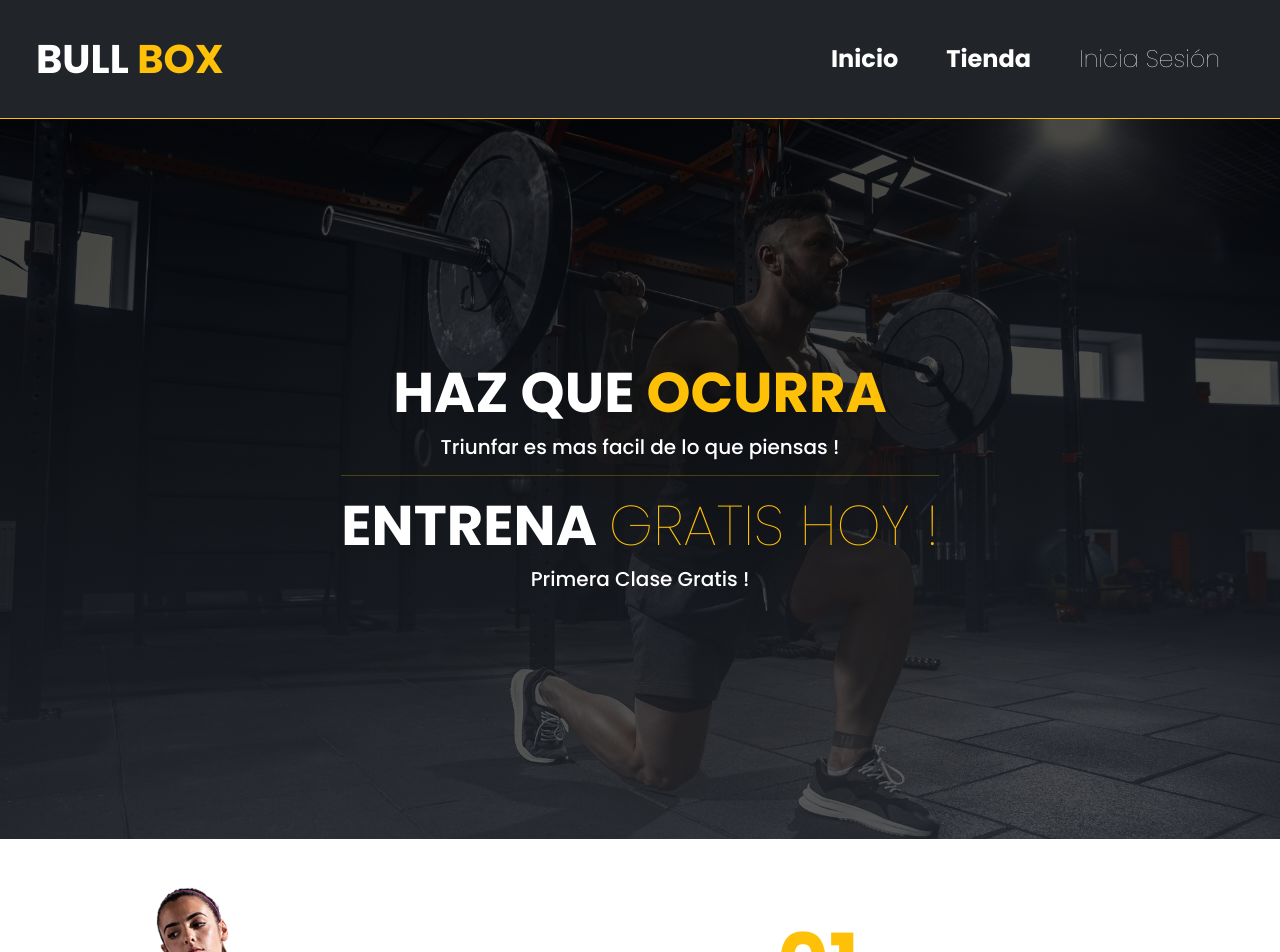
Repository: enjeru13/BullBox
Page: / (app in BullBox/)
An editor plug-in stored every save of this project. The page is shown before and after the next save, followed by the edit.
The browser window is 1280 px wide. The pictures show the part of the page from y = 0 to 952 px (the page is 4177 px tall).
The project was rebuilt for these pictures with package versions that can differ from the ones it lists, and the page was loaded fresh each time. Also part of the build but not shown: BullBox/vite.config.js, BullBox/src/pages/Registro.jsx, BullBox/src/pages/Login.jsx, BullBox/src/pages/Perfil.jsx, BullBox/src/pages/Tienda.jsx, BullBox/ProtectedRoute.jsx.

Above is the page before, as saved 2024-10-28 12:23:43.

### BullBox/index.html
<!doctype html>
<html lang="en">
  <head>
    <meta charset="UTF-8" />
    <link rel="icon" type="image/svg+xml" href="/vite.svg" />
    <link rel="preconnect" href="https://fonts.googleapis.com">
<link rel="preconnect" href="https://fonts.gstatic.com" crossorigin>
<link href="https://fonts.googleapis.com/css2?family=Poppins:ital,wght@0,100;0,200;0,300;0,400;0,500;0,600;0,700;0,800;0,900;1,100;1,200;1,300;1,400;1,500;1,600;1,700;1,800;1,900&family=Raleway:ital,wght@0,100;0,200;0,300;0,400;0,500;0,600;0,700;0,800;0,900;1,100;1,200;1,300;1,400;1,500;1,600;1,700;1,800;1,900&display=swap" rel="stylesheet">
    <meta name="viewport" content="width=device-width, initial-scale=1.0" />
    <title>Bull Box</title>
  </head>
  <body>
    <div id="root"></div>
    <script type="module" src="/src/main.jsx"></script>
    <script
    src="https://cdn.jsdelivr.net/npm/bootstrap@5.0.2/dist/js/bootstrap.bundle.min.js"
    integrity="sha384-MrcW6ZMFYlzcLA8Nl+NtUVF0sA7MsXsP1UyJoMp4YLEuNSfAP+JcXn/tWtIaxVXM"
    crossorigin="anonymous"
  ></script>
</html>

### BullBox/src/App.jsx
import { BrowserRouter, Routes, Route } from 'react-router-dom'
import { AuthProvider } from './context/AuthContext'
import Header from './components/Header'
import Inicio from './pages/Inicio'
import Registro from './pages/Registro'
import Login from './pages/Login'
import Perfil from './pages/Perfil'
import Tienda from './pages/Tienda'
import ProtectedRoute from '../ProtectedRoute'
import Footer from './components/Footer'

function App() {
  return (
    <AuthProvider>
      <BrowserRouter>
        <Header/>
        <Routes>
          <Route path='/' element={<Inicio />} />

          <Route path='/register' element={<Registro />} />

          <Route path='/login' element={<Login />} />

          <Route path='/tienda' element={<Tienda />} />

          <Route element={<ProtectedRoute/>}>
            <Route path='/profile' element={<Perfil />} />
          </Route>

        </Routes>
        <Footer/>
      </BrowserRouter>
    </AuthProvider>
  )
}

export default App

### BullBox/src/index.css
* {
 margin: 0;
 padding: 0;
 font-family: "Poppins", serif;
 font-optical-sizing: auto;
 font-weight: 100;
 font-style: normal;
}

/* Inicio */

.bg-image {
  background: linear-gradient(rgba(0, 0, 0, 0.717), rgba(36, 38, 42, 0.745)), url("/img/fondo.jpg");
  height: 100vh; /* 100vh = 100% de la altura de la viewport */
  width: 100vw; /* 100vw = 100% del ancho de la viewport */
  background-size: cover; /* Hace que la imagen cubra todo el espacio disponible */
  background-position: center; /* Centra la imagen */
  background-repeat: no-repeat; /* Evita que la imagen se repita */
  justify-content: center;
  align-items: center;
  display: flex;
}

/* Nosotros */

.bg {
  background-color: #dde1e9;
}

.justified-text {
  text-align: justify;
}

/* Servicios */

.bg-image-servicios {
  background: linear-gradient(rgba(0, 0, 0, 0.717), rgba(36, 38, 42, 0.745)), url("/img/fondo-servicios.jpg");
  background-size: cover; /* Hace que la imagen cubra todo el espacio disponible */
  background-position: center; /* Centra la imagen */
  background-repeat: no-repeat; /* Evita que la imagen se repita */
}

/* Planes */

.bg-image-planes {
  background: linear-gradient(rgba(0, 0, 0, 0.717), rgba(36, 38, 42, 0.745)), url("/img/fondo-planes1.jpg");
  background-size: cover; /* Hace que la imagen cubra todo el espacio disponible */
  background-position: center; /* Centra la imagen */
  background-repeat: no-repeat; /* Evita que la imagen se repita */
}

.bg-card {
  background: linear-gradient(rgba(0, 0, 0, 0.745), rgb(18, 17, 17));
}

### BullBox/src/context/AuthContext.jsx
import { createContext, useContext, useState, useEffect } from 'react'
import { registerRequest, loginRequest, verifyTokenRequest } from '../api/auth'
import Cookies from 'js-cookie'

const AuthContext = createContext();

// eslint-disable-next-line react-refresh/only-export-components
export const useAuth = () => {
    const context = useContext(AuthContext)
    if (!context) {
        throw new Error('useAuth deberia estar dentro del Provider')
    }
    return context
}

// eslint-disable-next-line react/prop-types
export const AuthProvider = ({ children }) => {

    const [user, setUser] = useState(null)
    const [isAuthenticated, setIsAuthenticated] = useState(false)
    const [errors, setErrors] = useState([])
    const [loading, setLoading] = useState(true)

    const signUp = async (user) => {
        try {
            const res = await registerRequest(user)
            console.log(res.data)
            setUser(res.data)
            setIsAuthenticated(true)
        } catch (error) {
            console.log(error.response)
            setErrors(error.response.data)
        }
    }

    const signIn = async (user) => {
        try {
            const res = await loginRequest(user)
            console.log(res.data)
            setUser(res.data)
            setIsAuthenticated(true)
        } catch (error) {
            if (Array.isArray(error.response.data)) {
                return setErrors(error.response.data)
            }
            setErrors([error.response.data.message])
        }
    }

    const logOut = () => {
        Cookies.remove('token')
        setIsAuthenticated(false)
        setUser(null)
    }

    // timer de las alertas de errores

    useEffect(() => {
        if (errors.length > 0) {
            const timer = setTimeout(() => {
                setErrors([])
            }, 3000);
            return () => clearTimeout(timer)
        }
    }, [errors])

    useEffect(() => {
        async function checkLogin() {
            const cookies = Cookies.get()

            if (!cookies.token) {
                setIsAuthenticated(false)
                setLoading(false)
                return setUser(null)
            }
            try {
                const res = await verifyTokenRequest(cookies.token)
                if (!res.data) {
                    setIsAuthenticated(false)
                    setLoading(false)
                    return
                }

                setIsAuthenticated(true)
                setUser(res.data)
                setLoading(false)

            } catch (error) {
                console.log(error)
                setIsAuthenticated(false)
                setUser(null)
                setLoading(false)
            }
        }
        checkLogin()
    }, [])

    return (
        <AuthContext.Provider value={{
            signUp,
            signIn,
            logOut,
            loading,
            user,
            isAuthenticated,
            errors,
        }}>
            {children}
        </AuthContext.Provider>
    )
}

export default AuthContext

### BullBox/src/components/Header.jsx
import { Link } from "react-router-dom"
import { useAuth } from '../context/AuthContext'

function Header() {

    const { isAuthenticated, logOut, user } = useAuth()

    return (
        <>
            <nav className="navbar navbar-expand-lg bg-dark border-bottom border-warning p-4 sticky-top">
                <div className="container-fluid">
                    <a className="navbar-brand text-white fs-1 fw-bold" href='#'>BULL <span className="text-warning fw-bold">BOX</span></a>
                    <button className="navbar-toggler border-2 border-warning" type="button" data-bs-toggle="collapse" data-bs-target="#navbarNav" aria-controls="navbarNav" aria-expanded="false" aria-label="Toggle navigation">
                        <span className="navbar-toggler-icon"></span>
                    </button>
                    <div className="collapse navbar-collapse " id="navbarNav">
                        <ul className="navbar-nav ms-auto justify-content-center align-items-center">
                            <li className="nav-item">
                                <Link className="nav-link text-white fs-4 active mx-3 fw-bold" aria-current="page" to="/">Inicio</Link>
                            </li>
                            <li className="nav-item">
                                <Link className="nav-link text-white fs-4 mx-3 fw-bold" to="/tienda">Tienda</Link>
                            </li>
                            {isAuthenticated ? (
                                <>
                                    <li className="nav-item">
                                        <Link className="nav-link text-white fs-4 mx-3 fw-bold" to='/profile'>Tu perfil {user.username} </Link>
                                    </li>
                                    <li className="nav-item ">
                                        <Link className="nav-link text-white fs-4 mx-3 fw-bold" to='/' onClick={() => {
                                            logOut()
                                        }}>Cerrar Sesión</Link>
                                    </li>
                                </>
                            ) : (
                                <>
                                    <li className="nav-item">
                                        <Link className="nav-link text-white fs-4 mx-3" to="/login">Inicia Sesión</Link>
                                    </li>
                                </>)}
                        </ul>
                    </div >
                </div >
            </nav >
        </>
    )
}

export default Header

### BullBox/src/pages/Inicio.jsx
import { FontAwesomeIcon } from '@fortawesome/react-fontawesome';
import { faLocationPin, faDumbbell, faPersonRunning, faWeightHanging } from '@fortawesome/free-solid-svg-icons';
import nosotros from '/img/nosotros.png'
import servicios from '/img/servicios.png'
import QRvzla from '/img/QRvzla.jpg'
import Mapa from '../components/Mapa'

function Inicio() {
    return (
        <>
            {/* Inicio */}

            <section className="bg-image text-center text-white fw-bold">
                <div className=''>
                    <h2 className='fw-bold display-4'>HAZ QUE <span className='text-warning fw-bold'>OCURRA</span></h2>
                    <h5 className=''>Triunfar es mas facil de lo que piensas !</h5>
                    <hr className='text-warning' />
                    <h2 className='fw-bold display-4'>ENTRENA <span className='text-warning'>GRATIS HOY ! </span> </h2>
                    <h5 className=''>Primera Clase Gratis !</h5>
                </div>
            </section>

            {/* Nosotros */}

            <section className='container fw-bold p-5'>
                <div className='row justify-content-center align-items-center'>
                    <div className='col-md-4'>
                        <img className='img-fluid' src={nosotros} />
                    </div>
                    <div className='col-md-8 my-4 text-center'>
                        <div className='text-warning fw-bold display-1'>
                            01
                        </div>
                        <span className='fw-bold'>LA MEJOR EXPERIENCIA</span>
                        <h1 className='text-warning fw-bold display-4'>NOSOTROS</h1>
                        <p className='justified-text pt-3 fw-bold'> Creemos en el poder del movimiento y en el potencial ilimitado de cada persona. Nuestro equipo de expertos te guiará en cada paso del camino, diseñando planes de entrenamiento personalizados para ayudarte a alcanzar tus metas. </p>
                    </div>
                </div>
                <div >
                    <h1 className='text-center pt-3 pb-3 text-warning fw-bold'>Nuestra ubicacion</h1>
                    <Mapa />
                </div>
                <div>
                    <h3 className='text-center pt-4 fw-bold'> <FontAwesomeIcon className='text-warning me-2' icon={faLocationPin} />Barrio Obrero Calle 15 entre Carreras 21 y 22</h3>
                </div>
            </section>

            {/* Servicios */}

            <section className='bg-image-servicios fw-bold p-5 text-center text-white'>
                <div className='row justify-content-center align-items-center'>
                    <div className='col-md-8 my-4 text-center'>
                        <div className='text-warning fw-bold display-1'>
                            02
                        </div>
                        <span className='fw-bold'>LA MEJOR EXPERIENCIA</span>
                        <h2 className='text-warning fw-bold display-4'>SERVICIOS</h2>
                        <p className='justified-text pt-3 fw-bold'> ¿Sueñas con un cuerpo más fuerte y saludable?, te ofrecemos todo lo que necesitas para alcanzar tus metas. Desde entrenamientos personalizados hasta clases grupales dinámicas, te guiaremos paso a paso en tu transformación física y mental. </p>
                    </div>
                    <div className='col-md-4'>
                        <img className='img-fluid' src={servicios} />
                    </div>
                </div>
            </section>

            <div className="card text-center m-4 fw-bold bg-dark text-white">
                <div className="card-header border-warning">
                    <h2 className="text-center fw-bold"><i className='me-3'><FontAwesomeIcon icon={faDumbbell} /></i>Clases de <span className='text-warning fw-bold'>Levantamiento de Pesas</span></h2>
                </div>
                <div className="card-body">
                    <p className="card-text text-center fw-bold">El levantamiento de pesas es el ejercicio perfecto para tonificar tus músculos y esculpir tu cuerpo. ¡Anímate a probarlo!</p>
                </div>
            </div>

            <div className="card text-center m-4 fw-bold bg-dark text-white">
                <div className="card-header border-warning">
                    <h2 className=" fw-bold card-title text-center"><i className='me-3'><FontAwesomeIcon icon={faWeightHanging} /></i>Clases de <span className='text-warning fw-bold'>Crosstraining</span></h2>
                </div>
                <div className="card-body">
                    <p className="card-text text-center fw-bold">Combina ejercicios funcionales, constantemente variados y ejecutados a alta intensidad, para mejorar tu fuerza, resistencia y condición física general. ¡Descubre tu potencial!</p>
                </div>
            </div>

            <div className="card text-center m-4 fw-bold bg-dark text-white">
                <div className="card-header border-warning">
                    <h2 className=" fw-bold card-title text-center"><i className='me-3'><FontAwesomeIcon icon={faPersonRunning} /></i>Entrenamientos <span className='text-warning fw-bold'>GAP</span></h2>
                </div>
                <div className="card-body">
                    <p className="card-text text-center fw-bold">Este entrenamiento se enfoca en fortalecer glúteos, abdomen y piernas, logrando una figura más tonificada y definida. ¡Ideal para quienes buscan resultados rápidos y efectivos!</p>
                </div>
            </div>

            {/* Planes */}

            <section className='bg-image-planes fw-bold p-5 text-center text-white'>
                <div className=''>
                    <div className='text-warning fw-bold display-1'>
                        03
                    </div>
                    <span className='fw-bold'>LA MEJOR EXPERIENCIA</span>
                    <h2 className='text-warning fw-bold display-4'>Planes</h2>
                </div>
                <p className='justified-text pt-3 fw-bold'>Elige el plan que se adapte a tu estilo de vida y alcanza tus objetivos de forma rápida y segura. Ofrecemos planes personalizados con entrenamiento funcional, cardiovascular y asesoramiento nutricional para optimizar tus resultados. ¡Únete a nuestra comunidad fitness y descubre tu máximo potencial ! </p>
                <div className="row row-cols-1 row-cols-md-3 g-5 pt-5">
                    <div className="col">
                        <div className="bg-card card h-100">
                            <div className="card-body">
                                <h5 className="card-title text-center text-warning display-3 fw-bold m-3 border-bottom border-3 border-warning">2 BULL</h5>
                                <p className="card-text text-center text-white fs-1 fw-bold">2 CLASES POR SEMANA</p>
                                <br />
                                <p className='text-center fs-1 text-warning fw-bold'>12$</p>
                                <p className='text-center text-white fs-1 fw-bold'>MENSUAL</p>
                            </div>
                        </div>
                    </div>
                    <div className="col">
                        <div className="bg-card card h-100">
                            <div className="card-body">
                                <h5 className="card-title text-center text-warning display-3 fw-bold border-bottom border-3 border-warning">FULL BOX</h5>
                                <br />
                                <p className="card-text text-center text-white fs-1 fw-bold ">5 CLASES POR SEMANA</p>
                                <br />
                                <p className='text-center fs-1 text-warning fw-bold'>20$</p>
                                <p className='text-center text-white fs-1 fw-bold'>MENSUAL</p>
                            </div>
                        </div>
                    </div>
                    <div className="col">
                        <div className="bg-card card h-100">
                            <div className="card-body">
                                <h5 className="card-title text-center text-warning display-3 fw-bold m-3 border-bottom border-3 border-warning">3 BULL</h5>
                                <p className="card-text text-center text-white fs-1 fw-bold">3 CLASES POR SEMANA</p>
                                <br />
                                <p className='text-center fs-1 text-warning fw-bold'>15$</p>
                                <p className='text-center text-white fs-1 fw-bold'>MENSUAL</p>
                            </div>
                        </div>
                    </div>
                    <div className='container-fluid h-100 d-flex flex-column justify-content-center align-items-center pt-5'>
                        <button type="button" className="btn btn-warning fw-bold fs-4" data-bs-toggle="modal" data-bs-target="#staticBackdrop">
                            Metodos de Pago
                        </button>
                    </div>
                    <div className="modal fade" id="staticBackdrop" data-bs-backdrop="static" data-bs-keyboard="false" tabIndex="-1" aria-labelledby="staticBackdropLabel" aria-hidden="true">
                        <div className="modal-dialog">
                            <div className="modal-content bg-dark">
                                <div className="modal-header">
                                    <h1 className="modal-title text-warning fs-4" id="staticBackdropLabel">Métodos de Pago</h1>
                                    <button type="button" className="btn-close" data-bs-dismiss="modal" aria-label="Close"></button>
                                </div>
                                <div className="modal-dialog modal-dialog-scrollable text-warning fs-5">
                                    Utiliza el método de pago que mejor se adapte a ti!
                                </div>
                                <p className='text-warning text-center fs-5'>QR Banco de Venezuela</p>
                                <img src={QRvzla} alt="QR banco de Venezuela" />
                                <p className='text-warning text-center fs-5 pt-3'>QR Banco de Venezuela</p>
                                <img src={QRvzla} alt="" />
                                <p className='text-warning text-center fs-5'>QR Banco de Venezuela</p>
                                <img src={QRvzla} alt="" />
                            </div>
                        </div>
                    </div>
                </div>
            </section>
            {/* <Footer /> */}
        </>

    )
}

export default Inicio

### BullBox/src/components/Footer.jsx
import { FontAwesomeIcon } from '@fortawesome/react-fontawesome';
import { faWhatsapp, faFacebook, faInstagram } from '@fortawesome/free-brands-svg-icons';

function Footer() {
    return (
        <div className='d-flex flex-column align-items-center text-center bg-dark border-top border-warning container-fluid p-1'>
            <h5 className='text-white fw-bold'>2024 - BULL <span className='text-warning fw-bold'>BOX</span> Todos los Derechos Reservados</h5>
            <div className="d-flex justify-content-center">
                <div className="nav-item">
                    <a className="nav-link text-white fs-2" href="#"><FontAwesomeIcon icon={faWhatsapp} /></a>
                </div>
                <div className="nav-item">
                    <a className="nav-link text-white fs-2 ms-5" href="#"><FontAwesomeIcon icon={faFacebook} /></a>
                </div>
                <div className="nav-item">
                    <a className="nav-link text-white fs-2 ms-5" href="#"><FontAwesomeIcon icon={faInstagram} /></a>
                </div>
            </div>
        </div>
    )
}

export default Footer

### BullBox/src/api/auth.js
import axios from "./axios";

export const registerRequest = (user) => axios.post(`/register`, user);

export const loginRequest = (user) => axios.post(`/login`, user);

export const verifyTokenRequest = () => axios.get(`/verify`);

### BullBox/src/components/Mapa.jsx
import { MapContainer, TileLayer, Marker, Popup } from 'react-leaflet'
import 'leaflet/dist/leaflet.css'
import './Mapa.css'


const Mapa = () => {
    return (

        <div className='container-fluid'>
            <MapContainer center={{ lat: '7.7819182', lng: '-72.2228125' }} zoom={16}>
                <TileLayer url='https://tile.openstreetmap.org/{z}/{x}/{y}.png'
                    attribution='&copy; <a href="http://www.openstreetmap.org/copyright">OpenStreetMap</a>' />
                <Marker position={{ lat: '7.7819182', lng: '-72.2228125' }}>
                    <Popup>
                        Ubicacion de BULL BOX
                    </Popup>
                </Marker>
            </MapContainer>
        </div>
    )
}

export default Mapa

### BullBox/src/api/axios.js
import axios from "axios";

const instance = axios.create({
    baseURL: 'http://localhost:3000/api',
    withCredentials: true
})

export default instance

### BullBox/src/components/Mapa.css
.leaflet-container {
    width: 100%;
    height: 300px;
    background: #000;
}

Loaded but not shown: BullBox/src/main.jsx (common file)

After the next save:
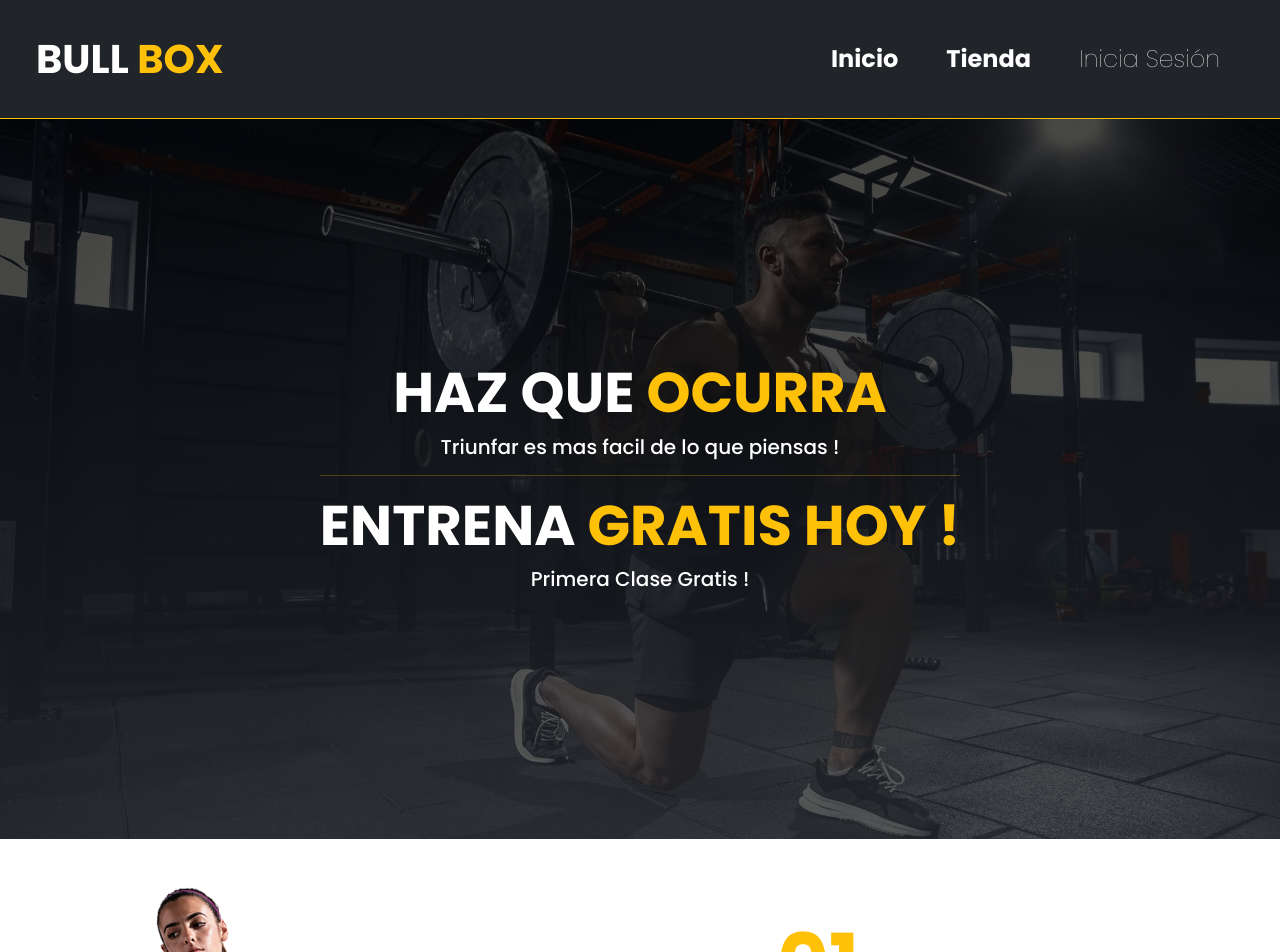
Saved 6 s later.
--- a/BullBox/src/pages/Inicio.jsx
+++ b/BullBox/src/pages/Inicio.jsx
@@ -15,7 +15,7 @@ function Inicio() {
                     <h2 className='fw-bold display-4'>HAZ QUE <span className='text-warning fw-bold'>OCURRA</span></h2>
                     <h5 className=''>Triunfar es mas facil de lo que piensas !</h5>
                     <hr className='text-warning' />
-                    <h2 className='fw-bold display-4'>ENTRENA <span className='text-warning'>GRATIS HOY ! </span> </h2>
+                    <h2 className='fw-bold display-4'>ENTRENA <span className='text-warning fw-bold'>GRATIS HOY ! </span> </h2>
                     <h5 className=''>Primera Clase Gratis !</h5>
                 </div>
             </section>
